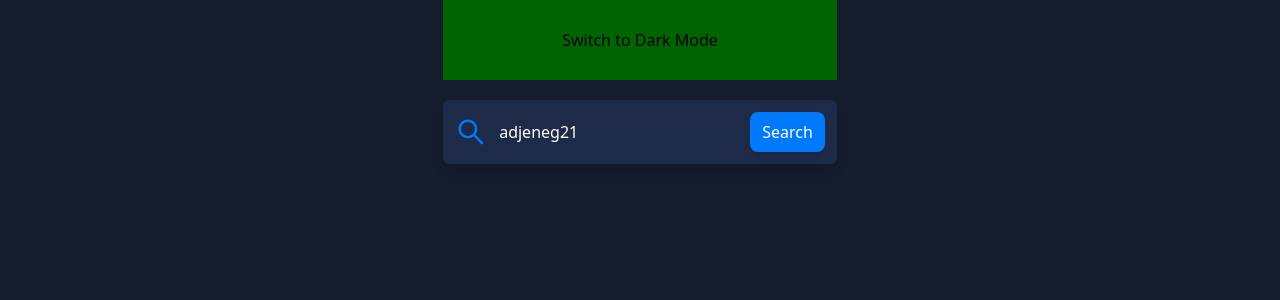
Repository: Gabriel221-dev/Git-Project
Page: /
These files come from the project's save history. The page is drawn as it stood at one moment and after the next save; the edit follows.
The browser window is 1280 px wide. The pictures show the whole page.
The page's requests for data from a server got no answer. The project was rebuilt for these pictures with package versions that can differ from the ones it lists, and the page was loaded fresh each time. No one was signed in, and anything a server would have sent is missing. Also part of the build but not shown: vite.config.js, src/components/Preview/Preview.jsx.

Above is the page before, as saved 2024-06-28 12:18:45.

### src/App.jsx
// import { useState } from "react";
// import "./App.css";
// import Search from "./components/Search/Search";
// import Preview from "./components/Preview/Preview";
// import DarkAndLightBtn from "./components/DarkAndLightBtn/DarkAndLightBtn";

// function App() {
//   const [data, setData] = useState({});
//   const [isLoading, setIsLoading] = useState(true);

//   return (
//     <div className="flex flex-col gap-5 h-screen w-full justify-center items-center bg-dark-bg">
//       <div>
//         <DarkAndLightBtn />
//         <Search setData={setData} setIsLoading={setIsLoading} />
//       </div>
//       <div>
//         <Preview
//           avatarUrl={data.avatar_url}
//           blog={data.blog}
//           email={data.email}
//           followers={data.followers}
//           following={data.following}
//           location={data.location}
//           login={data.login}
//           name={data.name}
//           public_repos={data.public_repos}
//           twitter={data.twitter}
//           isLoading={isLoading}
//           bio={data.bio}
//           joinedAt={data.created_at?.split("T")[0]}
//         />
//       </div>
//     </div>
//   );
// }

// export default App;

import { useState } from "react";
import "./App.css";
import Search from "./components/Search/Search";
import Preview from "./components/Preview/Preview";

function App() {
  const [data, setData] = useState(null);
  const [isLoading, setIsLoading] = useState(false);
  const [isDarkMode, setIsDarkMode] = useState(false);

  const toggleTheme = () => {
    setIsDarkMode((prevMode) => !prevMode);
  };

  return (
    <div className="flex flex-col gap-5 h-screen w-100% justify-content items-center bg-dark-bg">
      <div
        className={`App ${
          isDarkMode ? "dark" : ""
        } min-h-screen flex flex-col items-center gap-5`}
      >
        <div
          className={`w-full p-5 ${
            isDarkMode
              ? "bg-dark-background text-dark-text"
              : "bg-light-green text-light-text"
          }`}
        >
          <button
            onClick={toggleTheme}
            className={`${
              isDarkMode
                ? "bg-dark-primary text-dark-text"
                : "bg-light-primary text-light-text"
            } p-2 rounded-md`}
          >
            Switch to {isDarkMode ? "Light" : "Dark"} Mode
          </button>
        </div>
        <Search setData={setData} setIsLoading={setIsLoading} />
        {data && (
          <Preview
            avatarUrl={data.avatar_url}
            name={data.name}
            login={data.login}
            public_repos={data.public_repos}
            followers={data.followers}
            following={data.following}
            location={data.location}
            blog={data.blog}
            twitter={data.twitter_username}
            email={data.email}
            isLoading={isLoading}
            bio={data.bio}
            joinedAt={new Date(data.created_at).toLocaleDateString()}
          />
        )}
      </div>
    </div>
  );
}

export default App;

### src/App.css
#root {
  max-width: auto;
  margin: 0;
  padding: 0rem;
  text-align: center;
}

.logo {
  height: 6em;
  padding: 1.5em;
  will-change: filter;
  transition: filter 300ms;
}
.logo:hover {
  filter: drop-shadow(0 0 2em #646cffaa);
}
/* .logo.react:hover {
  filter: drop-shadow(0 0 2em #61dafbaa);
} */

@keyframes logo-spin {
  from {
    transform: rotate(0deg);
  }
  to {
    transform: rotate(360deg);
  }
}

@media (prefers-reduced-motion: no-preference) {
  a:nth-of-type(2) .logo {
    animation: logo-spin infinite 20s linear;
  }
}

.card {
  padding: 2em;
}

.read-the-docs {
  color: #888;
}

### src/components/Search/Search.jsx
import React, { useEffect, useState } from "react";

function Search({ setData, setIsLoading }) {
  const [userName, setUserName] = useState("adjeneg21");
  const [error, setError] = useState("");
  const handleClick = async () => {
    setIsLoading(true);
    setError("");
    const data = await fetch(`https://api.github.com/users/${userName}`);
    if (!data.ok) {
      if (data.status === 404) {
        throw new Error("user not found");
      } else {
        throw new Error("something went wrong. Please try again");
      }
    }
    const userData = await data.json();
    setData(userData);
    setError(error.message);
    setIsLoading(false);
    console.log(userData);
  };

  useEffect(() => {
    handleClick();
  }, []);
  return (
    <div className="flex bg-dark-gray p-3 gap-5 rounded-md shadow-lg ">
      <div className="flex items-center gap-3">
        <span>
          {" "}
          <svg
            className="text-dark-blue"
            viewBox="0 0 1024 1024"
            fill="currentColor"
            height="2em"
            width="2em"
          >
            <path d="M909.6 854.5L649.9 594.8C690.2 542.7 712 479 712 412c0-80.2-31.3-155.4-87.9-212.1-56.6-56.7-132-87.9-212.1-87.9s-155.5 31.3-212.1 87.9C143.2 256.5 112 331.8 112 412c0 80.1 31.3 155.5 87.9 212.1C256.5 680.8 331.8 712 412 712c67 0 130.6-21.8 182.7-62l259.7 259.6a8.2 8.2 0 0011.6 0l43.6-43.5a8.2 8.2 0 000-11.6zM570.4 570.4C528 612.7 471.8 636 412 636s-116-23.3-158.4-65.6C211.3 528 188 471.8 188 412s23.3-116.1 65.6-158.4C296 211.3 352.2 188 412 188s116.1 23.2 158.4 65.6S636 352.2 636 412s-23.3 116.1-65.6 158.4z" />
          </svg>
        </span>
        <input
          className="bg-transparent outline-none text-white"
          value={userName}
          onChange={(e) => setUserName(e.target.value)}
          type="text"
          placeholder="Search Github Username..."
        />
      </div>
      <div>
        <button
          onClick={handleClick}
          className="bg-dark-blue rounded-lg px-3 py-2 text-white shadow-md "
        >
          Search
        </button>
      </div>
    </div>
  );
}

export default Search;

### tailwind.config.js
/** @type {import('tailwindcss').Config} */
export default {
  content: [
    "./index.html",
    "./src/**/*.{js,ts,jsx,tsx}",
  ],
  theme: {
    extend: {
      colors:{
        "dark-bg":"#141c2e",
        "dark-gray":"#1e2b48",
        "dark-blue":"#007afd",
        "light-green" : "#006400",
      }
    },
  },
  plugins: [],
}

Loaded but not shown: index.html (common file); src/main.jsx (common file); src/index.css (common file)

After the next save:
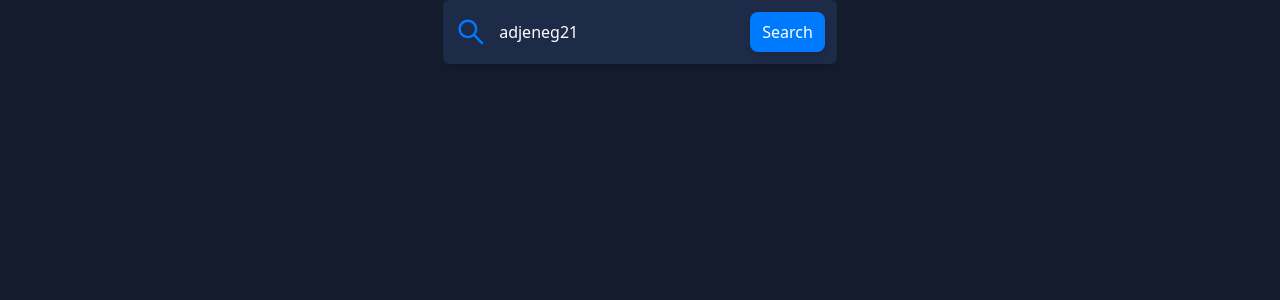
Saved 30 s later.
--- a/src/App.jsx
+++ b/src/App.jsx
@@ -53,48 +53,24 @@
 
   return (
     <div className="flex flex-col gap-5 h-screen w-100% justify-content items-center bg-dark-bg">
-      <div
-        className={`App ${
-          isDarkMode ? "dark" : ""
-        } min-h-screen flex flex-col items-center gap-5`}
-      >
-        <div
-          className={`w-full p-5 ${
-            isDarkMode
-              ? "bg-dark-background text-dark-text"
-              : "bg-light-green text-light-text"
-          }`}
-        >
-          <button
-            onClick={toggleTheme}
-            className={`${
-              isDarkMode
-                ? "bg-dark-primary text-dark-text"
-                : "bg-light-primary text-light-text"
-            } p-2 rounded-md`}
-          >
-            Switch to {isDarkMode ? "Light" : "Dark"} Mode
-          </button>
-        </div>
-        <Search setData={setData} setIsLoading={setIsLoading} />
-        {data && (
-          <Preview
-            avatarUrl={data.avatar_url}
-            name={data.name}
-            login={data.login}
-            public_repos={data.public_repos}
-            followers={data.followers}
-            following={data.following}
-            location={data.location}
-            blog={data.blog}
-            twitter={data.twitter_username}
-            email={data.email}
-            isLoading={isLoading}
-            bio={data.bio}
-            joinedAt={new Date(data.created_at).toLocaleDateString()}
-          />
-        )}
-      </div>
+      <Search setData={setData} setIsLoading={setIsLoading} />
+      {data && (
+        <Preview
+          avatarUrl={data.avatar_url}
+          name={data.name}
+          login={data.login}
+          public_repos={data.public_repos}
+          followers={data.followers}
+          following={data.following}
+          location={data.location}
+          blog={data.blog}
+          twitter={data.twitter_username}
+          email={data.email}
+          isLoading={isLoading}
+          bio={data.bio}
+          joinedAt={new Date(data.created_at).toLocaleDateString()}
+        />
+      )}
     </div>
   );
 }
